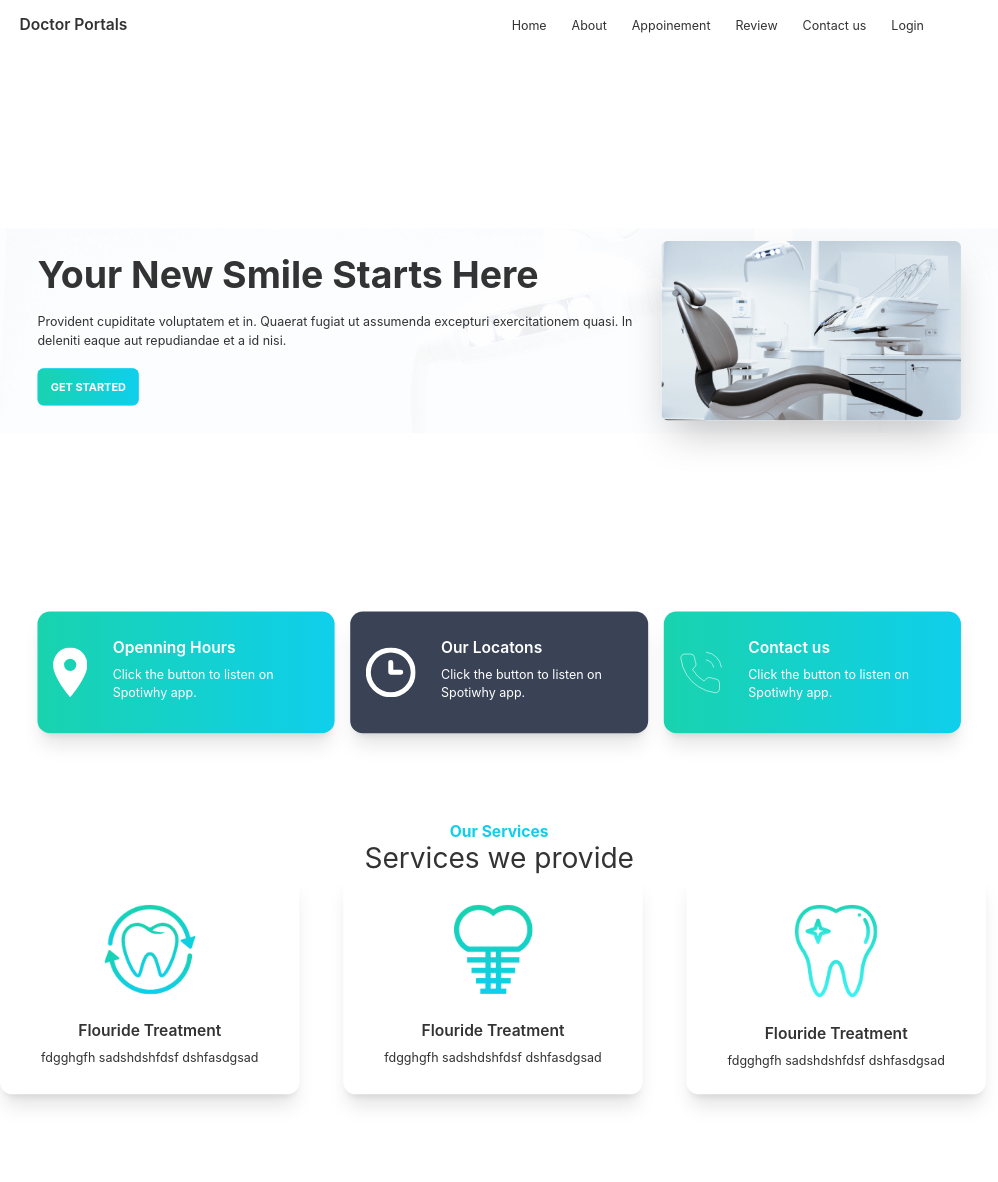
Repository: devsajid/doctors-portal-client
Page: /
The author's editor kept a copy of each file at every save. The page is drawn from the files as they stood at one save, then again after the next save.
The browser window is 1280 px wide. The pictures show the whole page, at 78% of full size.
Backgrounds fixed to the window are drawn as part of the page. The project was rebuilt for these pictures with package versions that can differ from the ones it lists, and the page was loaded fresh each time. Also part of the build but not shown: src/App.css, src/Pages/About/About.js, src/Pages/Appoinment/Appoinment.js, src/Pages/Contact/Contact.js, src/Pages/Login/Login.js, src/Pages/Review/Review.js.

Above is the page before, as saved 2022-08-05 22:05:49.

### src/index.js
import React from "react";
import ReactDOM from "react-dom/client";
import "./index.css";
import App from "./App";
import reportWebVitals from "./reportWebVitals";
import { BrowserRouter } from "react-router-dom";
const root = ReactDOM.createRoot(document.getElementById("root"));
root.render(
  <React.StrictMode>
    <BrowserRouter>
      <App />
    </BrowserRouter>
  </React.StrictMode>
);

reportWebVitals();

### src/App.js
import "./App.css";
import Navbar from "./Pages/Home/Share/Navbar/Navbar";
import { Routes, Route } from "react-router-dom";
import Home from "./Pages/Home/Home";
import About from "./Pages/About/About";
import Appoinement from "./Pages/Appoinment/Appoinment";
import Contact from "./Pages/Contact/Contact";
import Login from "./Pages/Login/Login";
import Review from "./Pages/Review/Review";
function App() {
  return (
    <div>
      <Navbar></Navbar>
      <Routes>
        <Route path="/" element={<Home />} />
        <Route path="about" element={<About />} />
        <Route path="appoinement" element={<Appoinement />} />
        <Route path="contact" element={<Contact />} />
        <Route path="login" element={<Login />} />
        <Route path="review" element={<Review />} />
      </Routes>
    </div>
  );
}

export default App;

### src/Pages/Home/Share/Navbar/Navbar.js
import React from "react";
import { Link } from "react-router-dom";

const Navbar = () => {
  const menuItem = (
    <>
      {" "}
      <li>
        <Link to="/">Home</Link>
      </li>
      <li>
        <Link to="about">About</Link>
      </li>
      <li>
        <Link to="appoinement">Appoinement</Link>
      </li>
      <li>
        <Link to="review">Review</Link>
      </li>
      <li>
        <Link to="contact">Contact us</Link>
      </li>
      <li>
        <Link to="login">Login</Link>
      </li>
    </>
  );
  return (
    <div>
      <div class="navbar   bg-base-100">
        <div class="navbar-start">
          <div class="dropdown">
            <label tabindex="0" class="btn btn-ghost lg:hidden">
              <svg
                xmlns="http://www.w3.org/2000/svg"
                class="h-5 w-5"
                fill="none"
                viewBox="0 0 24 24"
                stroke="currentColor"
              >
                <path
                  stroke-linecap="round"
                  stroke-linejoin="round"
                  stroke-width="2"
                  d="M4 6h16M4 12h8m-8 6h16"
                />
              </svg>
            </label>
            <ul
              tabindex="0"
              class="menu menu-compact dropdown-content mt-3 p-2 shadow bg-base-100 rounded-box w-52"
            >
              {menuItem}
            </ul>
          </div>
          <a class="btn btn-ghost normal-case text-xl">Doctor Portals</a>
        </div>
        <div class="navbar-center hidden lg:flex">
          <ul class="menu menu-horizontal p-0">{menuItem}</ul>
        </div>
      </div>
    </div>
  );
};

export default Navbar;

### src/Pages/Home/Home.js
import React from "react";
import Services from "../Services/Services";
import Banner from "./Banner/Banner";
import Info from "./Info/Info";

const Home = () => {
  return (
    <div>
      <Banner></Banner>
      <Info></Info>
      <Services></Services>
    </div>
  );
};

export default Home;

### src/Pages/Services/Services.js
import React from "react";
import fluoride from "../../assets/images/fluoride.png";
import cavity from "../../assets/images/cavity.png";
import whitening from "../../assets/images/whitening.png";
import Service from "./Service";
const Services = () => {
  const services = [
    {
      _id: 1,
      name: "Flouride Treatment",
      description: "fdgghgfh sadshdshfdsf dshfasdgsad",
      img: fluoride,
    },
    {
      _id: 2,
      name: "Flouride Treatment",
      description: "fdgghgfh sadshdshfdsf dshfasdgsad",
      img: cavity,
    },
    {
      _id: 3,
      name: "Flouride Treatment",
      description: "fdgghgfh sadshdshfdsf dshfasdgsad",
      img: whitening,
    },
  ];
  return (
    <div className="my-28">
      <div className="text-center">
        <h3 className="text-primary text-xl font-bold upparecase">
          Our Services
        </h3>
        <h1 className="text-4xl">Services we provide</h1>
      </div>
      <div className="grid sm:grid-cols-1 md:grid-cols-2 lg:grid-cols-3 gap-10">
        {" "}
        {services.map((service) => (
          <Service key={service._id} service={service}></Service>
        ))}
      </div>
    </div>
  );
};

export default Services;

### src/Pages/Home/Banner/Banner.js
import React from "react";
import chair from "../../../assets/images/chair.png";
import bg from "../../../assets/images/bg.png";
const Banner = () => {
  return (
    <div>
      <div class="hero min-h-screen ">
        <div
          class="hero-content bg-fixed px-12 flex-col lg:flex-row-reverse"
          style={{ backgroundImage: `url(${bg})` }}
        >
          <img src={chair} class="max-w-sm rounded-lg shadow-2xl" />
          <div>
            <h1 class="text-5xl font-bold">Your New Smile Starts Here</h1>
            <p class="py-6">
              Provident cupiditate voluptatem et in. Quaerat fugiat ut assumenda
              excepturi exercitationem quasi. In deleniti eaque aut repudiandae
              et a id nisi.
            </p>
            <button class="btn btn-primary uppercase text-white font-bold bg-gradient-to-r from-secondary to-primary">
              Get Started
            </button>
          </div>
        </div>
      </div>
    </div>
  );
};

export default Banner;

### src/Pages/Home/Info/Info.js
import React from "react";
import InfoCard from "../Info/InfoCard";
import clock from "../../../assets/icons/clock.svg";
import marker from "../../../assets/icons/marker.svg";
import phone from "../../../assets/icons/phone.svg";
const Info = () => {
  return (
    <div className="grid grid-cols-1 lg:grid-cols-3 gap-5 px-12">
      <InfoCard
        cardTitle="Openning Hours"
        bgClass="bg-gradient-to-r from-secondary to-primary"
        img={marker}
      ></InfoCard>
      <InfoCard
        cardTitle="Our Locatons"
        bgClass="bg-accent"
        img={clock}
      ></InfoCard>
      <InfoCard
        cardTitle="Contact us"
        bgClass="bg-gradient-to-r from-secondary to-primary"
        img={phone}
      ></InfoCard>
    </div>
  );
};

export default Info;

### src/Pages/Services/Service.js
import React from "react";

const Service = ({ service }) => {
  return (
    <div class="card lg:max-w-lg w-96 bg-base-100 shadow-xl">
      <figure class="px-10 pt-10">
        <img src={service.img} alt="Shoes" class="rounded-xl" />
      </figure>
      <div class="card-body items-center text-center">
        <h2 class="card-title">{service.name}</h2>
        <p>{service.description}</p>
      </div>
    </div>
  );
};

export default Service;

### src/Pages/Home/Info/InfoCard.js
import React from "react";

const InfoCard = ({ img, cardTitle, bgClass }) => {
  return (
    <div class={`card lg:card-side shadow-xl ${bgClass}`}>
      <figure className="pl-5">
        <img src={img} alt="Album" />
      </figure>
      <div class="card-body text-white">
        <h2 class="card-title">{cardTitle}</h2>
        <p>Click the button to listen on Spotiwhy app.</p>
        <div class="card-actions justify-end"></div>
      </div>
    </div>
  );
};

export default InfoCard;

### tailwind.config.js
/** @type {import('tailwindcss').Config} */
module.exports = {
  content: ["./src/**/*.{html,js}"],
  theme: {
    extend: {},
  },
  daisyui: {
    themes: [
      {
        doctortheme: {
          primary: "#0fcfec",
          secondary: "#19D3AE",
          accent: "#3A4256",
          neutral: "#3d4451",
          "base-100": "#ffffff",
        },
      },
      "dark",
      "cupcake",
    ],
  },
  plugins: [require("daisyui")],
};

Loaded but not shown: public/index.html (common file); src/index.css (common file); src/reportWebVitals.js (common file)

After the next save:
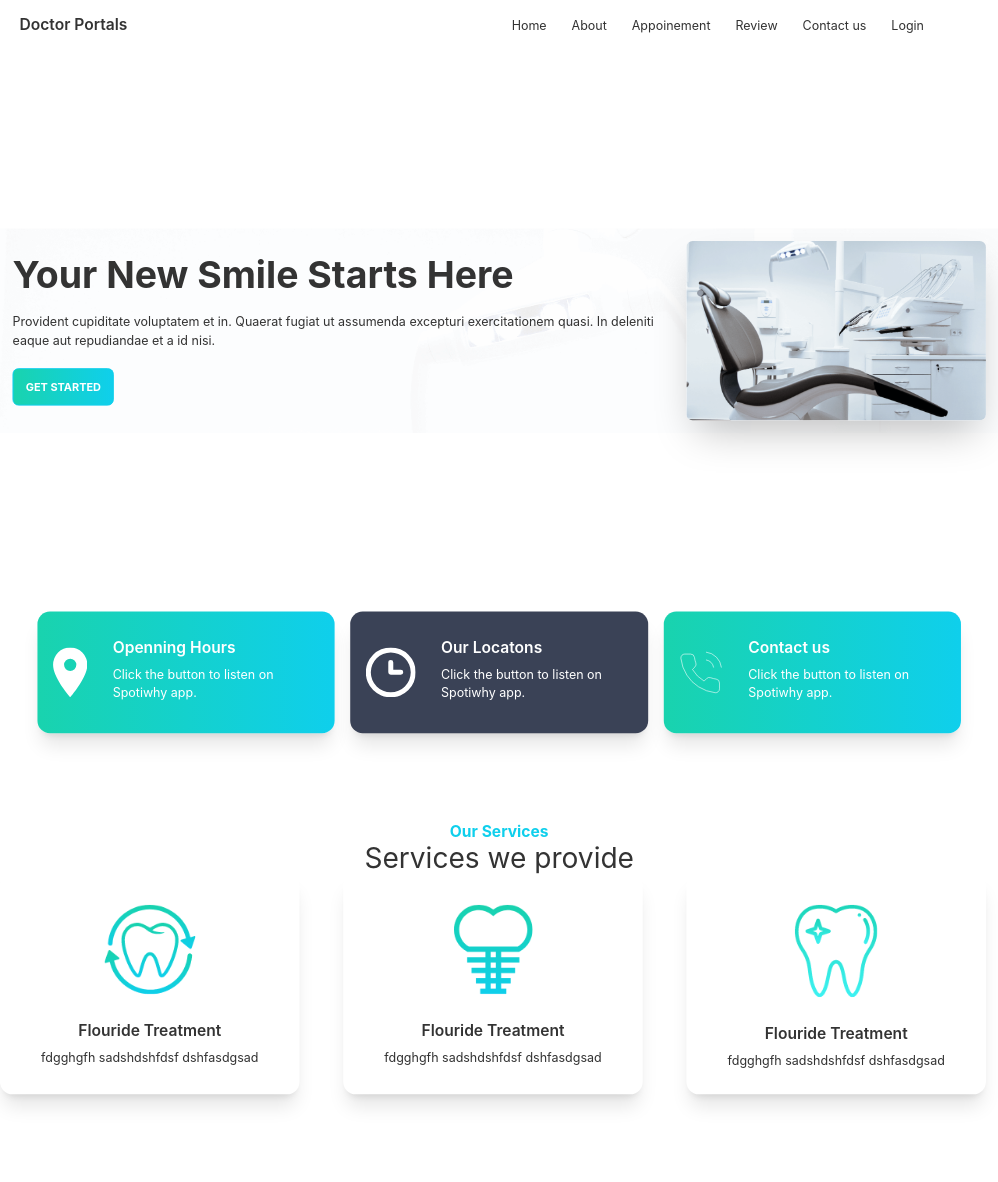
Saved 4 min 30 s later.
--- a/src/Pages/Home/Banner/Banner.js
+++ b/src/Pages/Home/Banner/Banner.js
@@ -6,7 +6,7 @@ const Banner = () => {
     <div>
       <div class="hero min-h-screen ">
         <div
-          class="hero-content bg-fixed px-12 flex-col lg:flex-row-reverse"
+          class="hero-content bg-fixed  flex-col lg:flex-row-reverse"
           style={{ backgroundImage: `url(${bg})` }}
         >
           <img src={chair} class="max-w-sm rounded-lg shadow-2xl" />
